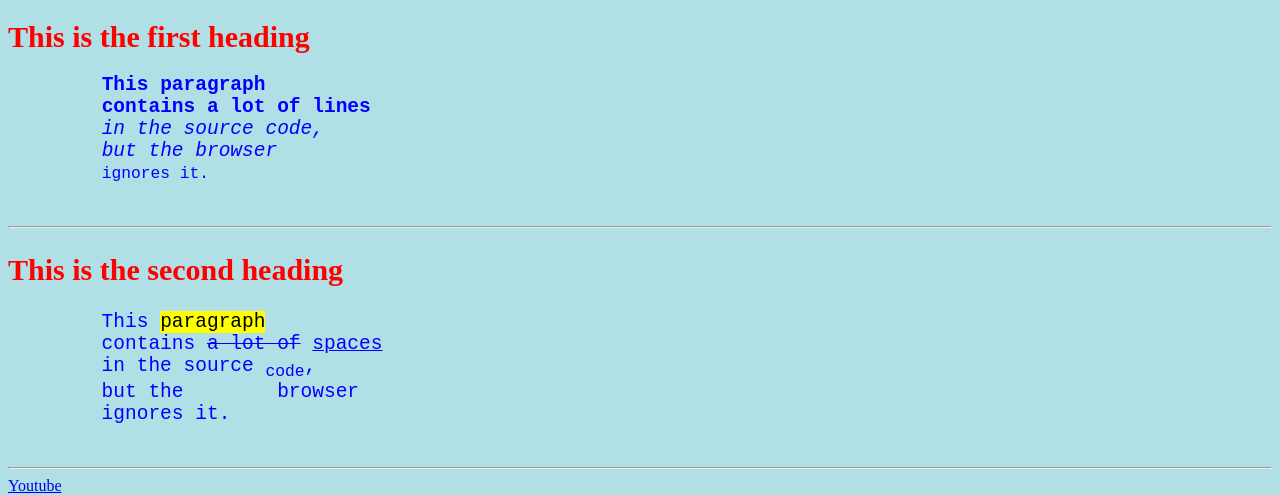
Repository: zRush1202/LoginPage-demo
Page: ex_html/index.html
The author's editor kept a copy of each file at every save. The page is drawn from the files as they stood at one save, then again after the next save.
The browser window is 1280 px wide. The pictures show the part of the page from y = 0 to 495 px (the page is 769 px tall before and 773 px after).
Pictures or frames that could not be fetched are drawn as grey boxes.

Above is the page before, as saved 2023-09-05 18:56:22.

After the next save:
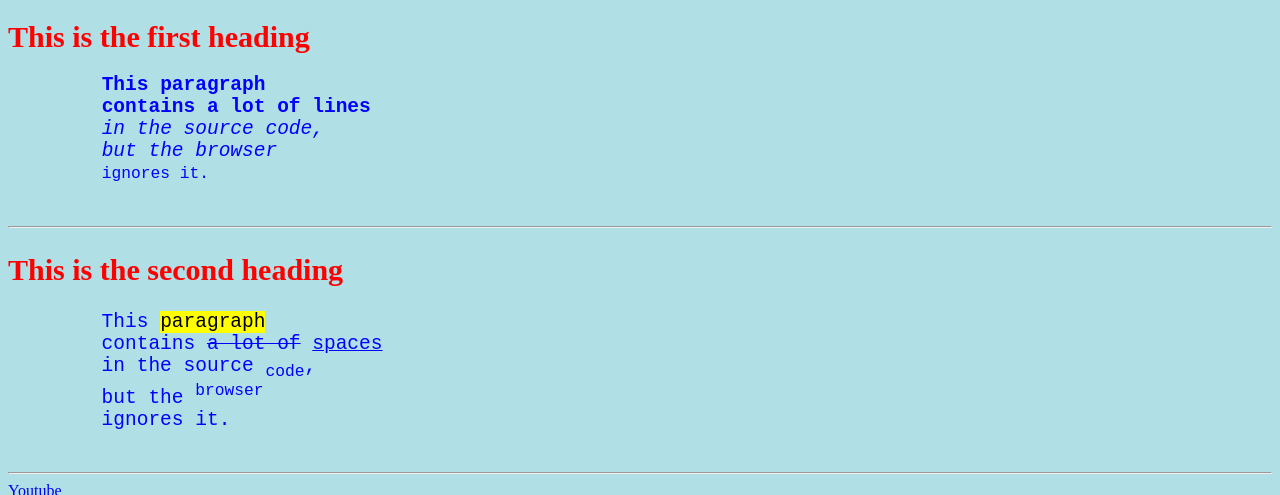
Saved 22 s later.
--- a/ex_html/index.html
+++ b/ex_html/index.html
@@ -20,7 +20,7 @@
         This <mark>paragraph</mark>
         contains <del>a lot of</del> <ins>spaces</ins>
         in the source <sub>code</sub>,
-        but the        browser
+        but the <sup>browser</sup>
         ignores it.
     </pre>
     <hr>
